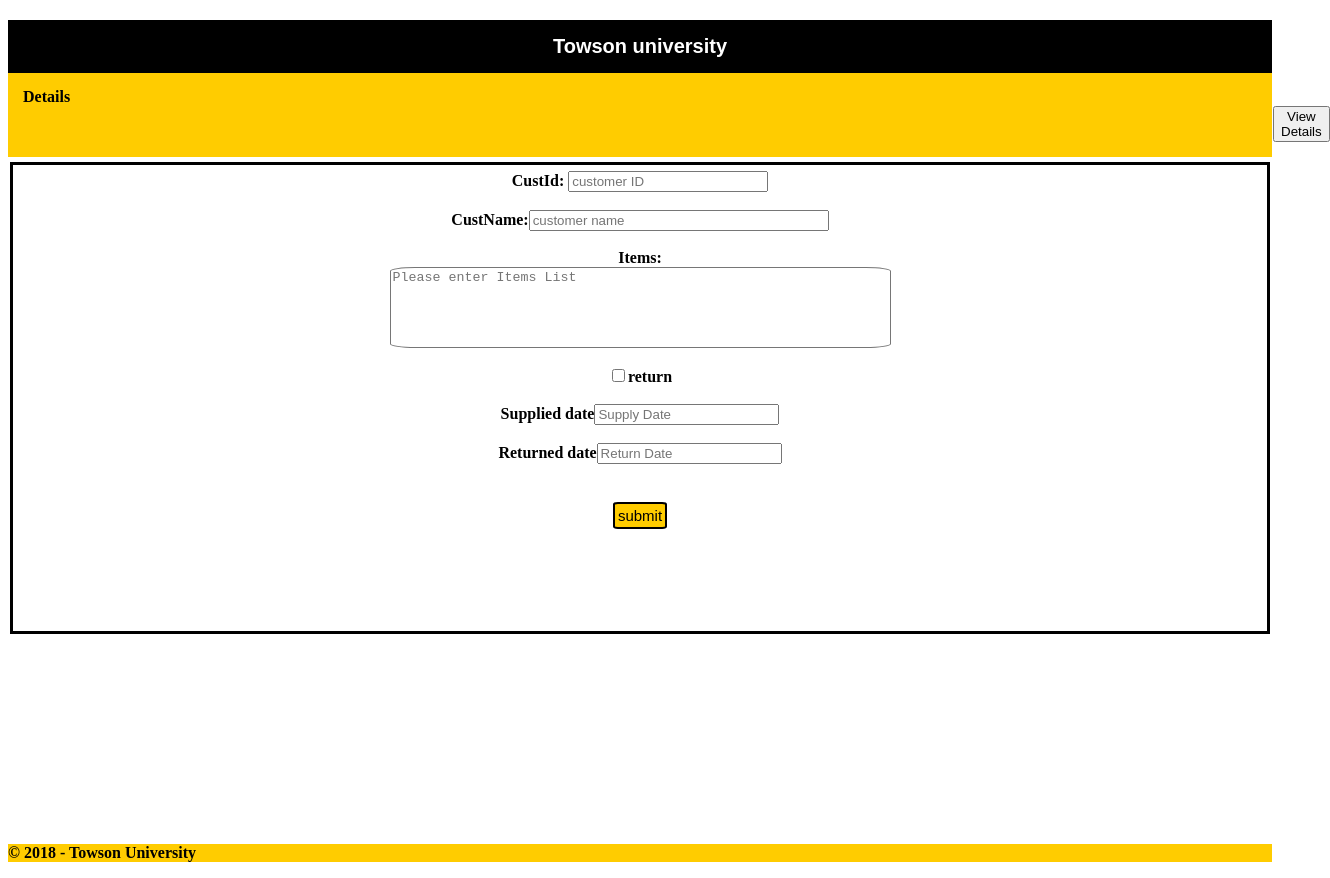
Repository: DatabaseCOSC578/eclipse-workspace11
Page: http://localhost/Supervisor/Supervisor.jsp
These files come from the project's save history. The page is drawn as it stood at one moment and after the next save; the edit follows.
The browser window is 1280 px wide. The page is 1330 px wide, so the pictures cover 1330 px, including what lies to the right of the window. The pictures show the whole page.
The page is served by Tomcat 9.

Above is the page before, as saved 2018-04-15 19:49:12.

After the next save:
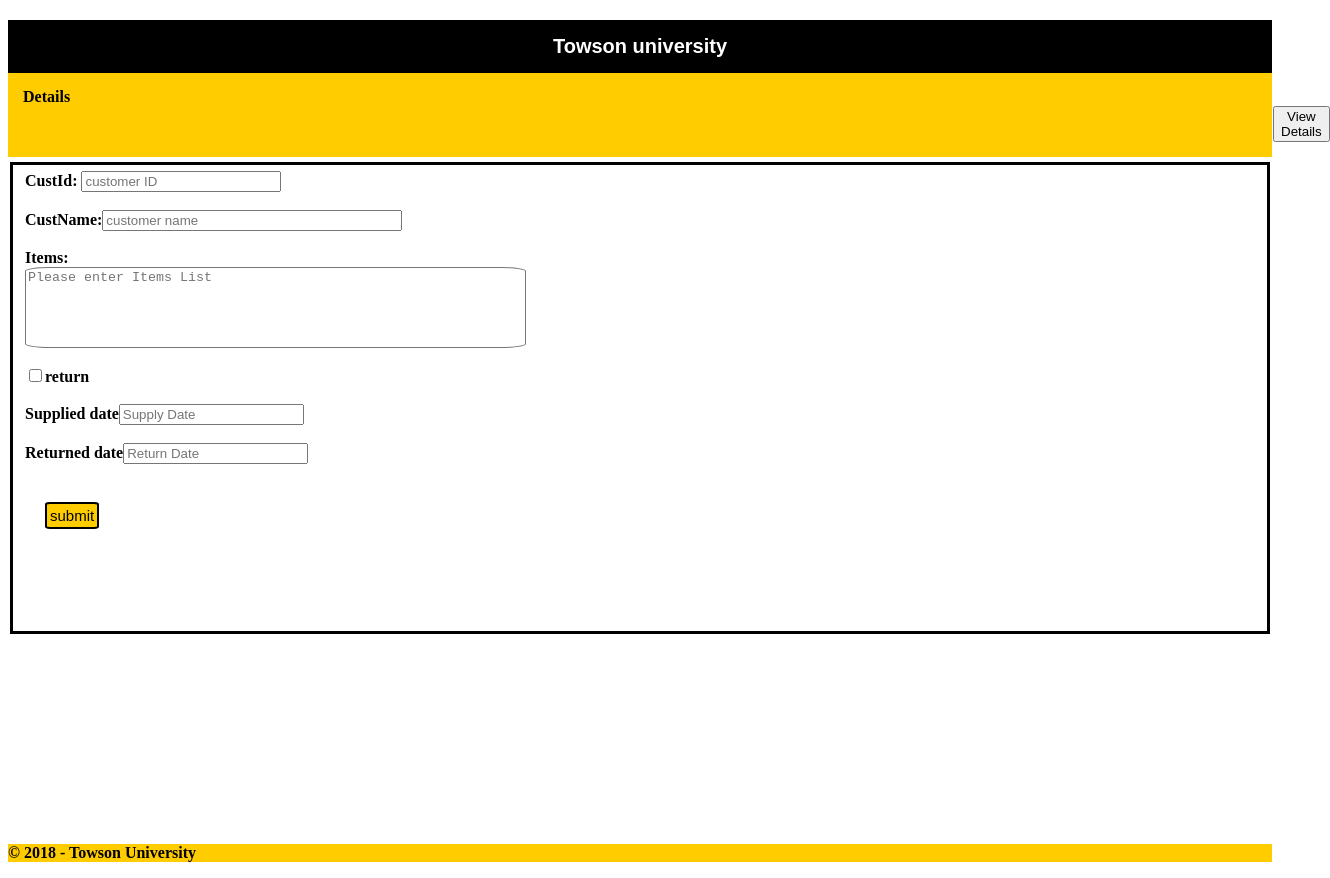
Saved 119 s later.
--- a/Supervisor/WebContent/Supervisor.jsp
+++ b/Supervisor/WebContent/Supervisor.jsp
@@ -12,7 +12,8 @@
 
 
 </div>
-<fieldset><center>
+
+<fieldset id="fs">
 
 <b>CustId:</b> <input type=text style="width: 200px;" name="custid " placeholder="customer ID"><br><br>
 <b>CustName:</b><input type=text style="width: 300px; align:center;" name="custname" placeholder="customer name "><br><br>
@@ -23,7 +24,7 @@
 Supplied date<input type=text name="sdate" placeholder="Supply Date" ><br><br>
 Returned date<input type=text name="rdate" placeholder="Return Date" ><br><br>
 <input type=submit value=submit> <br><br><br><br><br>
-</center></fieldset>
+</fieldset>
 </form>
 </body>
 <footer> &copy 2018 - Towson University</footer>
